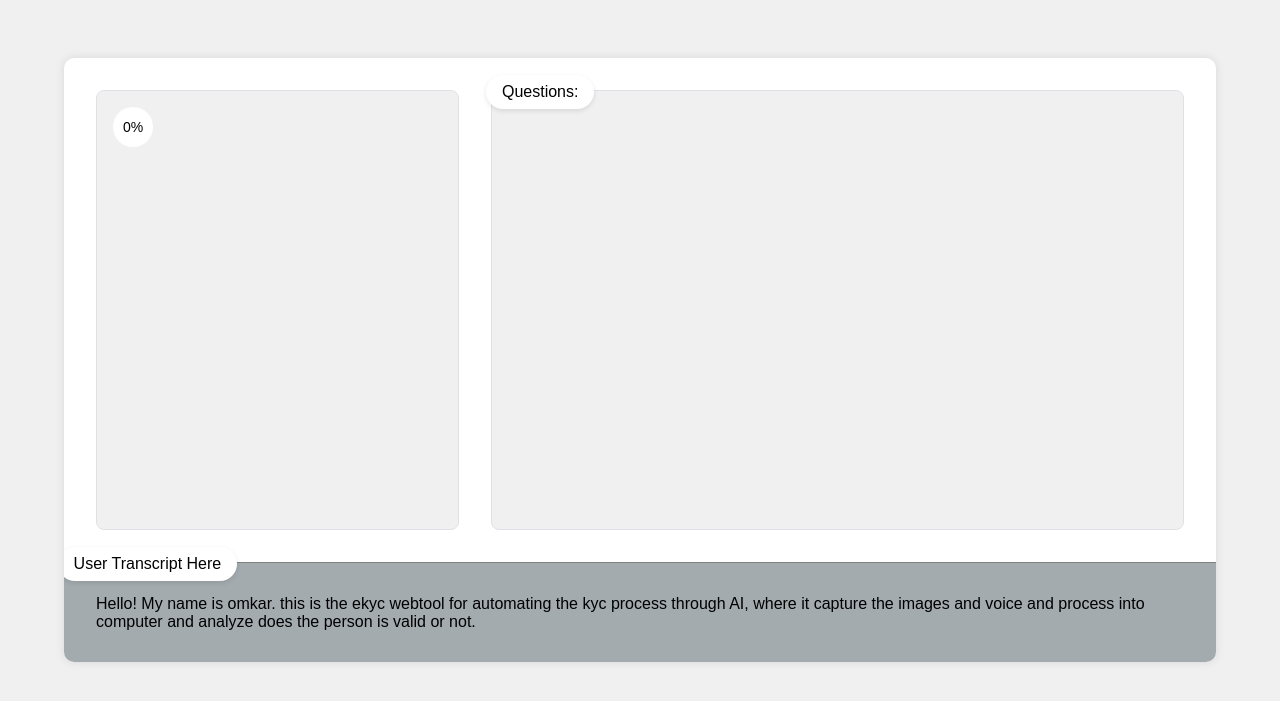
Repository: Ayaanns/E-kyc-BE-project
Page: http://localhost/
These files come from the project's save history. The page is drawn as it stood at one moment and after the next save; the edit follows.
The browser window is 1280 px wide. The pictures show the whole page.
The page is served by the project's application, run on Django 4.2 (manage.py). A made-up administrator, testuser (Test User, test@example.com), is signed in. Other server files are loaded and not shown.

Above is the page before, as saved 2025-02-28 13:01:20.

### templates/home.html
<!DOCTYPE html>
<html lang="en">
<head>
    {% load static %}
    <meta charset="UTF-8">
    <meta name="viewport" content="width=device-width, initial-scale=1.0">
    <link rel="stylesheet" href="{% static 'styles.css' %}">
    <style>
        .webcam-feed video {
            width: 100%;
            height: auto;
            border-radius: 15px; /* Make corners curved */
            object-fit: cover; /* Ensure the video fits within the container */
        }
    </style>
</head>
<body>
    <div class="container">
        <div class="content">
            <div class="result-feed">
              <div class="completion-circle" id="completion-circle">0%</div>
            </div>
            <div class="webcam-feed">
                <div class="questions">Questions:</div>
                <video id="webcam" autoplay></video>
            </div>
        </div>
        <div style="" class="transcript-section">
            <span class="questions">User Transcript Here</span>
            <p id="transcript">Hello! My name is omkar. this is the ekyc webtool for automating the kyc process through AI, where it capture the images and voice and process into computer and analyze does the person is valid or not.</p>
        </div>
    </div>
    <script>
        function updateProgressCircle(percentage) {
            const circle = document.getElementById('completion-circle');
            circle.textContent = percentage + '%';
            circle.style.background = `conic-gradient(#4caf50 ${percentage * 3.6}deg, #ddd ${percentage * 3.6}deg)`;
        }

        function startWebcam() {
            const video = document.getElementById('webcam');
            if (navigator.mediaDevices.getUserMedia) {
                navigator.mediaDevices.getUserMedia({ video: true })
                    .then(function (stream) {
                        video.srcObject = stream;
                    })
                    .catch(function (error) {
                        console.log("Something went wrong with the webcam: " + error);
                    });
            }
        }

        function updateTranscript(data) {
            const transcript = document.getElementById('transcript');
            transcript.textContent = `First Name: ${data.first_name}, Last Name: ${data.last_name}, Age: ${data.age}, Phone: ${data.phone}`;
        }

        document.addEventListener('DOMContentLoaded', (event) => {
            startWebcam();
        });
    </script>
</body>
</html>

### ekyc/models.py
from django.db import models
from django.contrib.auth.models import AbstractBaseUser, PermissionsMixin, BaseUserManager
from django.utils import timezone
import random

class CustomUserManager(BaseUserManager):
    def create_user(self, email, username, password=None, **extra_fields):
        if not email:
            raise ValueError("The Email field must be set")
        email = self.normalize_email(email)
        user = self.model(email=email, username=username, **extra_fields)
        user.set_password(password)
        user.save(using=self._db)
        return user

    def create_superuser(self, email, username, password=None, **extra_fields):
        #extra_fields.setdefault('is_staff', True)
        extra_fields.setdefault('is_superuser', True)

        # if not extra_fields.get('is_staff'):
        #     raise ValueError("Superuser must have is_staff=True.")
        if not extra_fields.get('is_superuser'):
            raise ValueError("Superuser must have is_superuser=True.")

        return self.create_user(email, username, password, **extra_fields)

class CustomUser(AbstractBaseUser, PermissionsMixin):
    email = models.EmailField(unique=True)
    username = models.CharField(max_length=150, unique=True)
    is_active = models.BooleanField(default=True)
    pin = models.CharField(max_length=6)
    created_at = models.DateTimeField(auto_now_add=True)
    expires_at = models.DateTimeField(default=timezone.now)
    is_verified = models.BooleanField(default=True)

    objects = CustomUserManager()

    USERNAME_FIELD = 'email'
    REQUIRED_FIELDS = ['username']

    def __str__(self):
        return self.email


    def generate_pin(self):
        self.pin = str(random.randint(100000, 999999))
        self.expires_at = timezone.now() + timezone.timedelta(minutes=2)
        self.save()
        return self.pin

    def verify_pin(self, entered_pin):
        if timezone.now() > self.expires_at:
            return False, "PIN has Expired!"

        if self.pin != entered_pin:
            return False, "Incorrect PIN!"

        self.is_verified = True
        self.save()
        return True, "Email Successfully Verified!"


#models for sending the code and receving the code.
# class SendCode(models.Model): #for sending the code
#     email = models.OneToOneField(CustomUser, null=True, on_delete=models.CASCADE)
#     send_code = models.CharField(max_length=20)
#
#     def __str__(self):
#         return self.send_code
#
# class ReceivedCode(models.Model): #for sending the code
#     email = models.OneToOneField(CustomUser, null=True, on_delete=models.CASCADE)
#     receive_code = models.CharField(max_length=20)
#
#     def __str__(self):
#         return self.receive_code

# Create your models here.
class KYCSession(models.Model):
    name = models.CharField(max_length=100)
    birth_date = models.DateField()
    id_card_image = models.ImageField(upload_to='id_cards/')
    liveness_score = models.FloatField()
    result = models.TextField()
    created_at = models.DateTimeField(auto_now_add=True)

    def __str__(self):
        return self.name

### ekyc/views.py
from django.shortcuts import render, redirect
from django.urls import reverse_lazy
from django.contrib.auth.decorators import login_required
from django.contrib.auth import login, authenticate, get_user_model
from django.contrib.messages.views import SuccessMessageMixin
from django.contrib.auth.views import LoginView
from django.contrib import messages
from django.core.mail import send_mail
from django.conf import settings
from django.http import JsonResponse

import threading

from .forms import CustomUserCreationForm, CustomAuthenticationForm, PinVerificationForm
from ekyc import logger
from .models import CustomUser
from .HumanV import HumanVerificationSystem
from .NLP import UserInfo, get_user_info
from .OCR import capture_image_with_guide, extract_text_with_confidence, extract_aadhar_details

User = get_user_model()

def send_verification_email(user):
    subject = "Email Verification PIN"
    message = f"""
    Hello {user.username},

    Your email verification PIN is: {user.pin}

    This PIN will expire in 24 hours.

    Thank you,
    Your Website Team
    """
    from_email = settings.DEFAULT_FROM_EMAIL
    recipient_list = [user.email]

    send_mail(subject, message, from_email, recipient_list)

@login_required
def ekyc_home(request):
    return render(request, 'home.html')

def signup_view(request):
    logger.info("into the signup page view")
    if request.method == 'POST':
        form = CustomUserCreationForm(request.POST)
        if form.is_valid():
            user = form.save(commit=False)
            user.is_active = True  # User needs to be active to log in
            user.is_verified = False  # But not verified yet
            user.generate_pin()
            user.save()

            # Send verification email
            send_verification_email(user)

            # Log in the user after signup
            raw_password = form.cleaned_data.get('password1')
            user = authenticate(email=user.email, password=raw_password)
            if user is not None:
                login(request, user)
                messages.success(request, f"Verification PIN sent to {user.email}.")
                return redirect('verify_pin')
    else:
        form = CustomUserCreationForm()
    return render(request, 'signup.html', {'form': form})

@login_required
def verify_pin(request):
    user = request.user

    if user.is_verified:
        messages.info(request, "Your email is already verified.")
        return redirect("ekyc_home")

    if request.method == "POST":
        form = PinVerificationForm(request.POST)
        if form.is_valid():
            entered_pin = form.cleaned_data.get('pin')
            success, message = user.verify_pin(entered_pin)

            if success:
                user.is_verified = True
                user.save()
                messages.success(request, message)
                return redirect('ekyc_home')
            else:
                messages.error(request, message)
    else:
        form = PinVerificationForm()

    return render(request, 'signup.html', {'form': form})

class Login(SuccessMessageMixin, LoginView):
    template_name = 'login.html'
    success_url = reverse_lazy('ekyc_home')
    success_message = "Successfully logged in!"
    form_class = CustomAuthenticationForm

    def get_success_url(self):
        return self.success_url

    def form_valid(self, form):
        """Security check complete. Log the user in."""
        user = form.get_user()
        if not user.is_verified:
            messages.error(self.request, "Please verify your email before logging in.")
            login(self.request, user)
            return redirect('verify_pin')
        return super().form_valid(form)

#--MAIN FEATURS HERE ---------------------------------
@login_required
def process_video(request):
    logger.info("INTO THE process_video PAGE RIGHT NOW!")
    if request.method == "POST":
        video_feed = request.FILES.get('video')
        liveness_score = 0.95
        return JsonResponse({'liveness_score': liveness_score})
    return JsonResponse({'error': 'invalide request'})


@login_required
def process_id_card(request):
    logger.info("INTO THE process_id_card PAGE RIGHT NOW!")
    if request.method == "POST":
        id_image = request.FILES.get('id_image')
        result = "Valid ID"
        return JsonResponse({'result': result})
    return JsonResponse({'error': 'invalide request'})

def home(request):
    return render(request, 'home.html')

def human_verification(request):
    verifier = HumanVerificationSystem()
    result = verifier.verify_human()
    if result:
        return JsonResponse({'status': 'success', 'message': 'Human verification successful!'})
    else:
        return JsonResponse({'status': 'failure', 'message': 'Human verification failed or interrupted.'})

def nlp_process(request):
    user_info = UserInfo()
    stop_event = threading.Event()
    info_thread = threading.Thread(target=get_user_info, args=(stop_event, user_info))
    info_thread.start()
    info_thread.join()
    return JsonResponse({
        'first_name': user_info.first_name,
        'last_name': user_info.last_name,
        'age': user_info.age,
        'phone': user_info.phone
    })

def ocr_process(request):
    image_path = capture_image_with_guide()
    if not image_path:
        return JsonResponse({'status': 'failure', 'message': 'Image capture failed.'})

    text_results = extract_text_with_confidence(image_path)
    if not text_results:
        return JsonResponse({'status': 'failure', 'message': 'No text could be extracted from the image.'})

    details = extract_aadhar_details(text_results)
    return JsonResponse(details)

### ekyc_project/urls.py
"""
URL configuration for ekyc_project project.

The `urlpatterns` list routes URLs to views. For more information please see:
    https://docs.djangoproject.com/en/4.2/topics/http/urls/
Examples:
Function views
    1. Add an import:  from my_app import views
    2. Add a URL to urlpatterns:  path('', views.home, name='home')
Class-based views
    1. Add an import:  from other_app.views import Home
    2. Add a URL to urlpatterns:  path('', Home.as_view(), name='home')
Including another URLconf
    1. Import the include() function: from django.urls import include, path
    2. Add a URL to urlpatterns:  path('blog/', include('blog.urls'))
"""

from django.contrib import admin
from django.urls import path, include

urlpatterns = [
    path("admin/", admin.site.urls),
    path('', include('ekyc.urls')),
]

### ekyc/urls.py
from django.urls import path
from . import views

urlpatterns = [
    path('', views.ekyc_home, name="ekyc_home"),
    path('process_video/', views.process_video, name="process_video"),
    path('process_id_card/', views.process_id_card, name="process_id_card"),
    path('human_verification/', views.human_verification, name='human_verification'),
    path('nlp_process/', views.nlp_process, name='nlp_process'),
    path('ocr_process/', views.ocr_process, name='ocr_process'),

    #login related routes
    path('login/', views.Login.as_view(), name="login"),
    path('signup/', views.signup_view, name="signup"),
    path('verify/', views.verify_pin, name="verify_pin"),
]

### ekyc/static/styles.css
* {
    margin: 0;
    padding: 0;
    box-sizing: border-box;
}

body {
    font-family: Arial, sans-serif;
    background-color: #f0f0f0;
    height: 100vh;
    display: flex;
    justify-content: center;
    align-items: center;
}

.container {
    width: 90%;
    max-width: 1200px;
    background: white;
    border-radius: 10px;
    box-shadow: 0 0 10px rgba(0,0,0,0.1);
    overflow: hidden;
}

.navbar {
    background: #f8f9fa;
    padding: 1rem;
    border-bottom: 1px solid #dee2e6;
}

.content {
    display: flex;
    padding: 2rem;
    gap: 2rem;
    height: 70vh;
}

.webcam-feed {
    flex: 2;
    background: #f0f0f0;
    border-radius: 8px;
    padding: 1rem;
    position: relative;
    border: 1px solid#dee2e6;
}

.result-feed {
    flex: 1;
    background: #f0f0f0;
    border-radius: 8px;
    padding: 1rem;
    border: 1px solid#dee2e6;
}

.questions {
    top: -1em;
    left: -.4em;
    position: absolute;
    background: white;
    padding: 0.5rem 1rem;
    border-radius: 20px;
    box-shadow: 0 2px 5px rgba(0,0,0,0.1);
}

.transcript-section {
    border-top: 1px solid gray;
    position: relative;
    text-align: left;
    background-color:#a3abaf;
    padding: 2em;
    height: 100px;
}

.completion-circle {
    right: 20px;
    bottom: 20px;
    width: 40px;
    height: 40px;
    border-radius: 50%;
    background: white;
    display: flex;
    align-items: center;
    justify-content: center;
    font-size: 14px;
}

/* Placeholder circles for demo */
/*
.circle {
    width: 100px;
    height: 100px;
    border-radius: 50%;
    border: 2px solid #dee2e6;
    margin: 20px auto;
}

.eye-shape {
    width: 200px;
    height: 100px;
    border-radius: 0 0 100px 100px;
    border: 2px solid #dee2e6;
    margin: 20px auto;
    transform: rotate(180deg);
}
*/

After the next save:
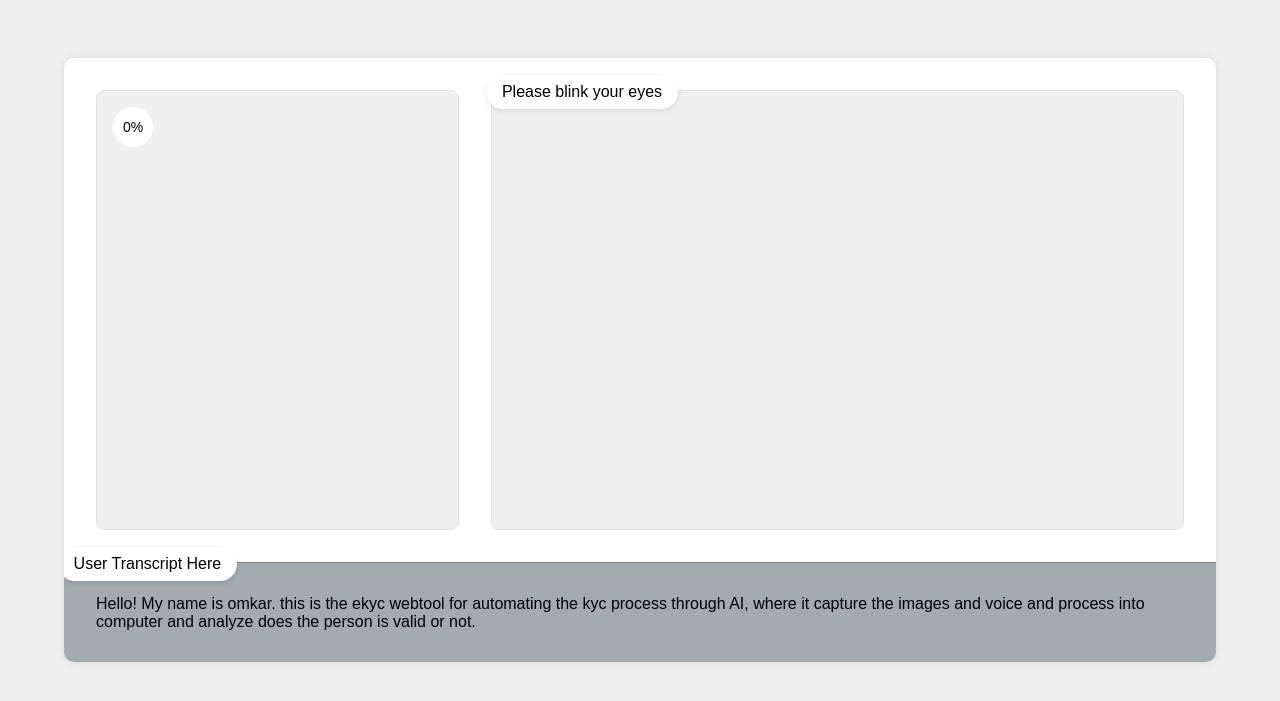
Saved 8 min 50 s later.
--- a/templates/home.html
+++ b/templates/home.html
@@ -21,7 +21,7 @@
               <div class="completion-circle" id="completion-circle">0%</div>
             </div>
             <div class="webcam-feed">
-                <div class="questions">Questions:</div>
+                <div class="questions" id="questions">Questions:</div>
                 <video id="webcam" autoplay></video>
             </div>
         </div>
@@ -55,8 +55,47 @@
             transcript.textContent = `First Name: ${data.first_name}, Last Name: ${data.last_name}, Age: ${data.age}, Phone: ${data.phone}`;
         }
 
+        function askQuestion(question) {
+            const questionsDiv = document.getElementById('questions');
+            questionsDiv.textContent = question;
+        }
+
+        function startHumanVerification() {
+            askQuestion("Please wave your hand");
+            // Simulate the human verification process
+            setTimeout(() => {
+                askQuestion("Please blink your eyes");
+                setTimeout(() => {
+                    askQuestion("Human verification complete. Starting NLP process...");
+                    startNLPProcess();
+                }, 5000); // Simulate time for blinking
+            }, 5000); // Simulate time for waving
+        }
+
+        function startNLPProcess() {
+            askQuestion("Please say your first name");
+            // Simulate the NLP process
+            setTimeout(() => {
+                askQuestion("Please say your last name");
+                setTimeout(() => {
+                    askQuestion("Please say your age");
+                    setTimeout(() => {
+                        askQuestion("NLP process complete.");
+                        // Simulate updating the transcript
+                        updateTranscript({
+                            first_name: "John",
+                            last_name: "Doe",
+                            age: "30",
+                            phone: "123-456-7890"
+                        });
+                    }, 5000); // Simulate time for age
+                }, 5000); // Simulate time for last name
+            }, 5000); // Simulate time for first name
+        }
+
         document.addEventListener('DOMContentLoaded', (event) => {
             startWebcam();
+            startHumanVerification();
         });
     </script>
 </body>
